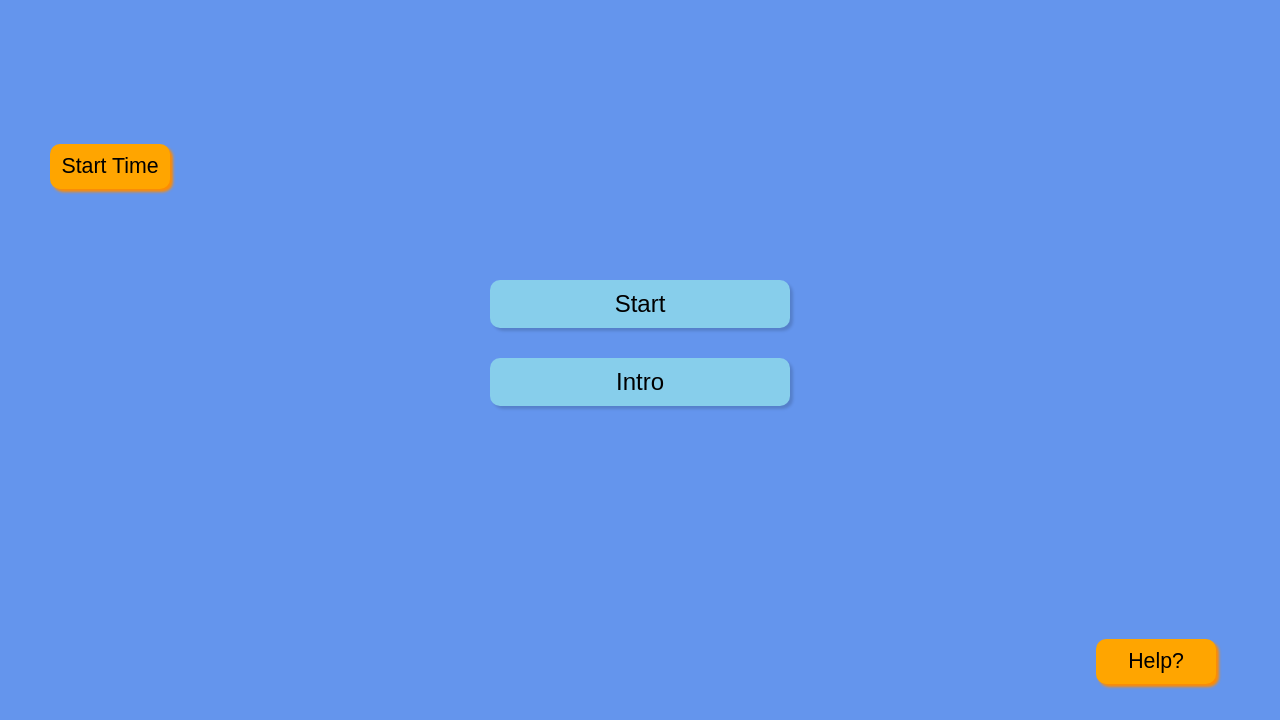
Repository: sylviaah/dynamicmidterm
Page: index.html
An editor plug-in stored every save of this project. The page is shown before and after the next save, followed by the edit.
The browser window is 1280 px wide. The pictures show the whole page.

Above is the page before, as saved 2020-03-13 15:04:29.

### index.html
<!DOCTYPE html>
<html>
    <head>
        <title>Kid's Court</title>
        <link rel="stylesheet" href="app.css">
        <!-- timer -->
        <link rel="stylesheet" href="timer/timer.css">
        <!-- slider -->
        <link rel="stylesheet" href="slider/slider.css">
        <!-- instructions -->
        <link rel="stylesheet" href="instructions/instructions.css">
        <link href="https://fonts.googleapis.com/icon?family=Material+Icons" rel="stylesheet">
    </head>

    <body>
        <div class="background"></div>

        <!-- Timer Start -->
        <div class="timer"><div class="innerTimer"></div></div>
        <div class="startTime" onclick="start()">Start Time</div>
        <!-- Timer End -->

        <!-- Slider start -->
        <div class="slider">
            <div class="slider_progress">
                <div class="progress25"></div>
                <div class="progress50"></div>
                <div class="progress75"></div>
                <div class="progress100"></div>
            </div>
            <div class="slider_slider">
                <i class="material-icons slider_arrow_left" onclick="slider_previous()">play_circle_filled</i>
                <div class="slider_image_div">
                    <img class="slider_image img1" src="imgs/img1.jpg" alt="">
                </div>
                <div class="slider_image_div">
                    <img class="slider_image img2" src="imgs/img1.jpg" alt="">
                </div>
                <i class="material-icons slider_arrow_right" onclick="slider_next()">play_circle_filled</i>
            </div>
            <div class="slider_menu">
                <div class="menu_start" onclick="slider_start()">Start</div>
                <div class="menu_intro">Intro</div>
            </div>
        </div>
        <!-- Slider End -->

        <!-- Instructions start -->
        <div class="open" onclick="instructionsToggle()">Help?</div>

        <div class="instructions_overlay">
            <div class="instructions_modal">
                <i class="material-icons close" onclick="instructionsToggle()">cancel</i>
                <h1>Instructions</h1>
                <div class="instructions_slider">
                    <i class="material-icons arrow_left" onclick="previous()">play_circle_filled</i>
                    <div class="image_div">
                        <img class="instructions_image" src="imgs/img1.jpg" alt="">
                    </div>
                    <i class="material-icons arrow_right" onclick="next()">play_circle_filled</i>
                </div>
                <p class="instructions_text">1. Click on the Start button to start reading through the comic.</p>
                <div class="instructions_button" onclick="instructionsToggle()">OK, got it!</div>
            </div>
        </div>
        <!-- Instructions end -->
        <script src="app.js"></script>

        <script src="timer/timer.js"></script>
        <script src="slider/slider.js"></script>
        <script src="instructions/instructions.js"></script>
    </body>
</html>

### app.css
body,html {
    margin: 0;
    background-color: cornflowerblue;
}

### timer/timer.css
.timer {
    margin: 50px;
    visibility: hidden;
    width: 100px;
    height: 100px;
    border-radius: 50%;
    background: yellowgreen;
    background-image:
    linear-gradient(to right, transparent 50%, darkgreen 0);
  }

.innerTimer {
    content: '';
    display: none;
    margin-left: 50%;
    height: 100%;
    border-radius: 0 100% 100% 0 / 50%;
    background-color: yellowgreen;
    transform-origin: left;
    transform: rotate(0deg);
    animation: spin 5s linear infinite,
                bg 10s step-end infinite;
}

@keyframes spin {
    to { transform: rotate(.5turn); }
  }

@keyframes bg {
    50% { background: darkgreen; }
}

.startTime{
    display: flex;
    position: fixed;
    top: 20%;
    left: 50px;
    width: 100px;
    justify-content: center;
    border-radius: 10px;
    padding: 10px 10px;
    background-color:orange;
    font-size: 16pt;
    font-family: Arial, Helvetica, sans-serif;
    box-shadow: 3px 3px 3px darkorange;
}

### slider/slider.css
body,html {
    margin: 0;
    background-color: cornflowerblue;
}

.slider{
    padding: 50px;
    display: flex;
    flex-direction: column;
    align-items: center;
}

.slider_progress{
    display: none;
    margin-bottom: 30px;
}

.slider_progress div{
    width: 30px;
    height: 30px;
    margin: 10px;
    background-color: white;
    border-radius: 50%;
    box-shadow: 3px 3px 3px rgb(0, 0, 0, 0.15);
}

.progress25{
    background-color: white;
}
.progress50{
    background-color: white;
}
.progress75{
    background-color: white;
}
.progress100{
    background-color: white;
}

.slider_slider{
    display: none;
    width: 100%;
    align-items: center;
    justify-content: space-around;
}

.material-icons.slider_arrow_left {
    visibility: hidden;
    transform: rotate(180deg);
    font-size: 80px;
    color: orange;
}

.material-icons.slider_arrow_right {
    visibility: visible;
    color: orange;
    font-size: 80px;
}

.slider_image_div{
    width: 400px;
    height: 400px;
    overflow: hidden;
    border-radius: 20px;
}

.slider_image_div img{
    object-fit: cover;
    height: 400px;
}

.menu_start, .menu_intro{
    display: flex;
    width: 100px;
    margin: 30px;
    justify-content: center;
    border-radius: 10px;
    padding: 10px 100px;
    background-color:skyblue;
    font-size: 18pt;
    font-family: Arial, Helvetica, sans-serif;
    box-shadow: 3px 3px 3px rgb(0, 0, 0, 0.15);
}

### instructions/instructions.css
/* body,html {
    margin: 0;
    background-color: cornflowerblue;
} */

.open{
    display: flex;
    position: fixed;
    bottom: 5%;
    right: 5%;
    width: 100px;
    justify-content: center;
    border-radius: 10px;
    padding: 10px 10px;
    background-color:orange;
    font-size: 16pt;
    font-family: Arial, Helvetica, sans-serif;
    box-shadow: 3px 3px 3px darkorange;
}

.instructions_overlay{
    display: none;
    position: fixed;
    top: 0;
    width: 100vw;
    height: 100vh;
    background-color:rgb(255, 255, 255, 0.25);
    justify-content: center;
    align-items: center;
}

.instructions_modal{
    width: 50%;
    height: 70%;
    background-color: white;
    border-radius: 20px;
    padding: 25px;
    display: flex;
    flex-direction: column;
    justify-content: space-between;
    align-items: center;
}
.material-icons.close{
    position: fixed;
    top:14%;
    right: 24.5%;
    color:lightgray;
    font-size: 48px;
}

.instructions_modal h1{
    font-size: 32pt;
    font-family: Arial, Helvetica, sans-serif;
}

.instructions_slider{
    width: 100%;
    display: flex;
    justify-content: space-around;
    align-items: center;
}

.image_div{
    width:400px;
    height: 300px;
    overflow: hidden;
}

.image_div img{
    object-fit: cover;
    height: 100%;
}

.material-icons.arrow_left {
    visibility: hidden;
    transform: rotate(180deg);
    font-size: 60px;
    color: orange;
}

.material-icons.arrow_right {
    visibility: visible;
    color: orange;
    font-size: 60px;
}

.instructions_text{
    margin: 0 100px;
    font-size: 16pt;
    font-family: Arial, Helvetica, sans-serif;
    text-align: center;
}

.instructions_button{
    visibility: hidden;
    border-radius: 5px;
    padding: 10px 50px;
    background-color: rgb(10, 132, 255);
    color: white;
    font-size: 16pt;
    font-family: Arial, Helvetica, sans-serif;
}

### timer/timer.js
    var timeOut;

    function start(){
        document.querySelector(".timer").style.visibility = 'visible';
        document.querySelector(".innerTimer").style.display = 'block';
        timeOut = setTimeout(function(){stop(); }, 10000);
    }

    function stop(){
        document.querySelector(".timer").style.visibility = 'hidden';
        document.querySelector(".innerTimer").style.display = 'none';
        timeOut = setTimeout(function(){alert("Out of time!"); }, 1);
    }

### slider/slider.js
function slider_start(){
    document.querySelector(".slider_progress").style.display = "flex";
    document.querySelector(".slider_slider").style.display = "flex";
    document.querySelector(".slider_menu").style.display = "none";
}

var data = {
    sceneNum:0,
    scenes:[
        {
            progress:".menu_start",
            image1:"imgs/img1.jpg",
            image2:"imgs/img1.jpg",
            arrow_left:"hidden",
            arrow_right:"visible",
        },
        {
            progress:".progress25",
            image1:"imgs/img2.jpg",
            image2:"imgs/img2.jpg",
            arrow_left:"visible",
            arrow_right:"visible",
        },
        {
            progress:".progress50",
            image1:"imgs/img3.jpg",
            image2:"imgs/img3.jpg",
            arrow_left:"visible",
            arrow_right:"visible",
        },
        {
            progress:".progress75",
            image1:"imgs/img4.jpg",
            image2:"imgs/img4.jpg",
            arrow_left:"visible",
            arrow_right:"visible",
        },
        {
            progress:".progress100",
            image1:"imgs/img5.jpg",
            image2:"imgs/img5.jpg",
            arrow_left:"visible",
            arrow_right:"hidden",
        },

    ]
}

function change(){
    progressReset();
    document.querySelector(data.scenes[data.sceneNum].progress).style.backgroundColor = "skyblue";
    document.querySelector(".slider_image.img1").src = data.scenes[data.sceneNum].image1;
    document.querySelector(".slider_image.img2").src = data.scenes[data.sceneNum].image2;
    document.querySelector(".material-icons.slider_arrow_left").style.visibility = data.scenes[data.sceneNum].arrow_left;
    document.querySelector(".material-icons.slider_arrow_right").style.visibility = data.scenes[data.sceneNum].arrow_right;
}

function progressReset(){
    document.querySelector(".progress25").style.backgroundColor = "white";
    document.querySelector(".progress50").style.backgroundColor = "white";
    document.querySelector(".progress75").style.backgroundColor = "white";
    document.querySelector(".progress100").style.backgroundColor = "white";
}

function slider_next(){
    if(data.sceneNum === data.sceneNum){
        data.sceneNum++;
        change();
    }
}

function slider_previous(){
    if(data.sceneNum === data.sceneNum){
        data.sceneNum--;
        change();
    }
}

### instructions/instructions.js
var data = {
    toggle_state:false,
    stepNum:0,
    steps:[
        {
            image:"imgs/img1.jpg",
            text:"1. Click on the Start button to start reading through the comic.",
            arrow_left:"hidden",
            arrow_right:"visible",
            ok_button:"hidden"
        },
        {
            image:"imgs/img2.jpg",
            text:"2. Answer the question before the time runs out, if you run out of time, you can try again!",
            arrow_left:"visible",
            arrow_right:"visible",
            ok_button:"hidden"
        },
        {
            image:"imgs/img3.jpg",
            text:"3. Answer the question correctly to earn a star! Collect a star for each story and earn up to 5 stars!",
            arrow_left:"visible",
            arrow_right:"visible",
            ok_button:"hidden"
        },
        {
            image:"imgs/img4.jpg",
            text:"4. When you answer the question correctly, you can click on the 'Next Story' button!",
            arrow_left:"visible",
            arrow_right:"visible",
            ok_button:"hidden"
        },
        {
            image:"imgs/img5.jpg",
            text:"5. If you answer incorrectly, you can try again by clicking on the 'Try Again' button!",
            arrow_left:"visible",
            arrow_right:"hidden",
            ok_button:"visible"
        },

    ]
}

function next(){
    if(data.stepNum === data.stepNum){
        data.stepNum++;
        change();
    }
}

function previous(){
    if(data.stepNum === data.stepNum){
        data.stepNum--;
        change();
    }
}

function change(){
    document.querySelector(".instructions_image").src = data.steps[data.stepNum].image;
    document.querySelector(".instructions_text").innerHTML = data.steps[data.stepNum].text;
    document.querySelector(".material-icons.arrow_left").style.visibility = data.steps[data.stepNum].arrow_left;
    document.querySelector(".material-icons.arrow_right").style.visibility = data.steps[data.stepNum].arrow_right;
    document.querySelector(".instructions_button").style.visibility = data.steps[data.stepNum].ok_button;
}

function instructionsToggle(){
    if(data.toggle_state === true){
        document.querySelector(".instructions_overlay").style.display = "none";
        data.toggle_state = false;
    } else if (data.toggle_state === false){
        data.stepNum = 0;
        change();
        document.querySelector(".instructions_overlay").style.display = "flex";
        data.toggle_state = true;
    }
}

Loaded but not shown: app.js (no copy from this time; the picture is the same without it)

After the next save:
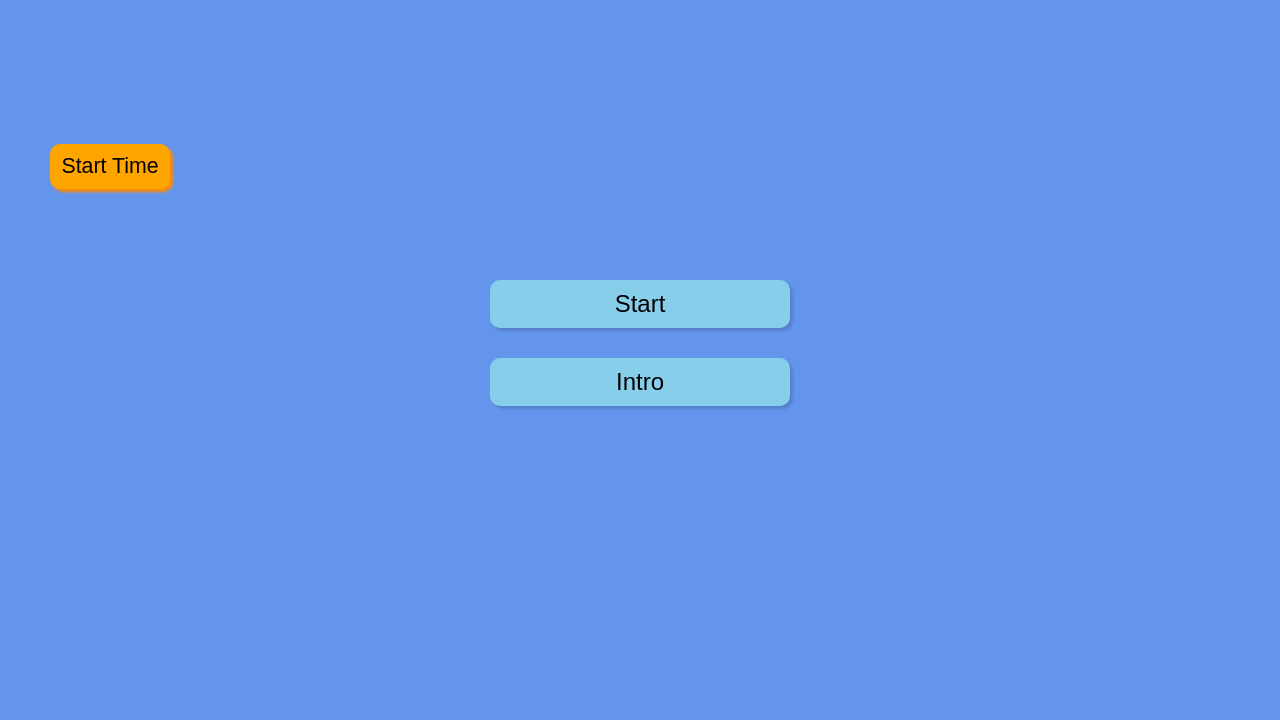
Saved 10 s later.
--- a/index.html
+++ b/index.html
@@ -46,7 +46,7 @@
         <!-- Slider End -->
 
         <!-- Instructions start -->
-        <div class="open" onclick="instructionsToggle()">Help?</div>
+        <!-- <div class="open" onclick="instructionsToggle()">Help?</div>
 
         <div class="instructions_overlay">
             <div class="instructions_modal">
@@ -62,12 +62,12 @@
                 <p class="instructions_text">1. Click on the Start button to start reading through the comic.</p>
                 <div class="instructions_button" onclick="instructionsToggle()">OK, got it!</div>
             </div>
-        </div>
+        </div> -->
         <!-- Instructions end -->
         <script src="app.js"></script>
 
         <script src="timer/timer.js"></script>
         <script src="slider/slider.js"></script>
-        <script src="instructions/instructions.js"></script>
+        <!-- <script src="instructions/instructions.js"></script> -->
     </body>
 </html>

After the save that followed:
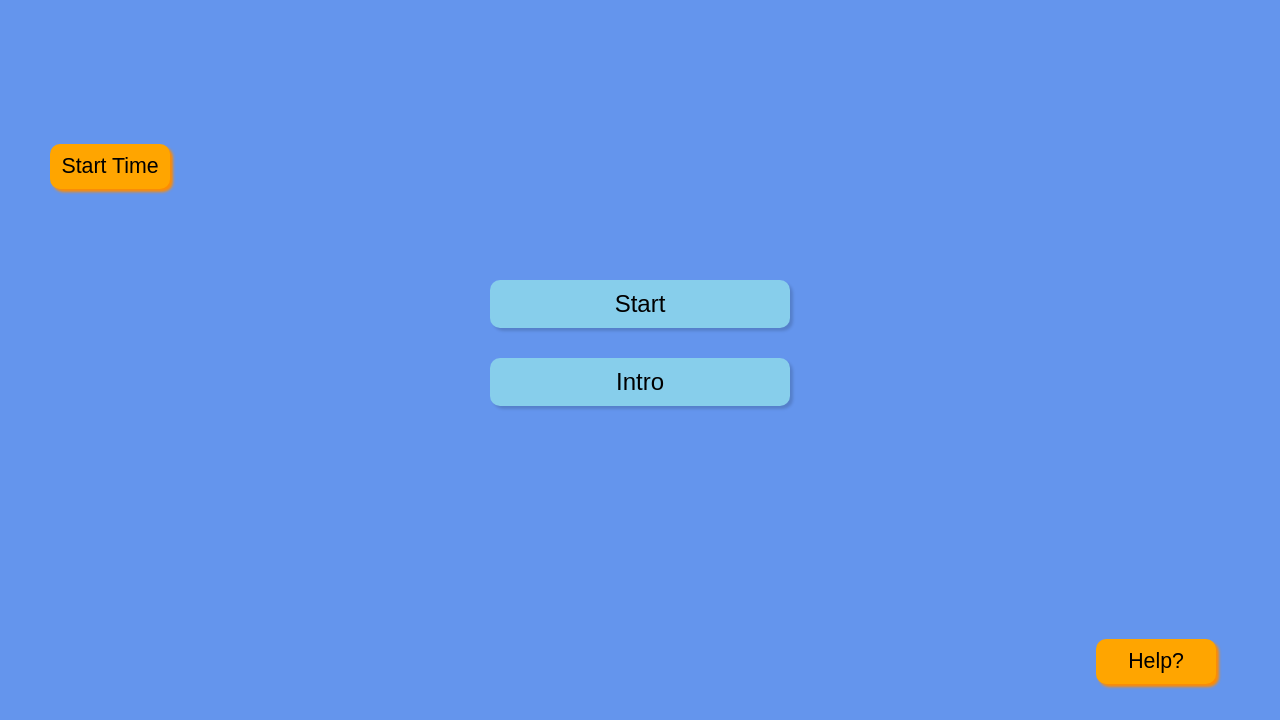
Saved 9 s later.
--- a/index.html
+++ b/index.html
@@ -46,7 +46,7 @@
         <!-- Slider End -->
 
         <!-- Instructions start -->
-        <!-- <div class="open" onclick="instructionsToggle()">Help?</div>
+        <div class="open" onclick="instructionsToggle()">Help?</div>
 
         <div class="instructions_overlay">
             <div class="instructions_modal">
@@ -62,12 +62,12 @@
                 <p class="instructions_text">1. Click on the Start button to start reading through the comic.</p>
                 <div class="instructions_button" onclick="instructionsToggle()">OK, got it!</div>
             </div>
-        </div> -->
+        </div>
         <!-- Instructions end -->
         <script src="app.js"></script>
 
         <script src="timer/timer.js"></script>
         <script src="slider/slider.js"></script>
-        <!-- <script src="instructions/instructions.js"></script> -->
+        <script src="instructions/instructions.js"></script>
     </body>
 </html>
